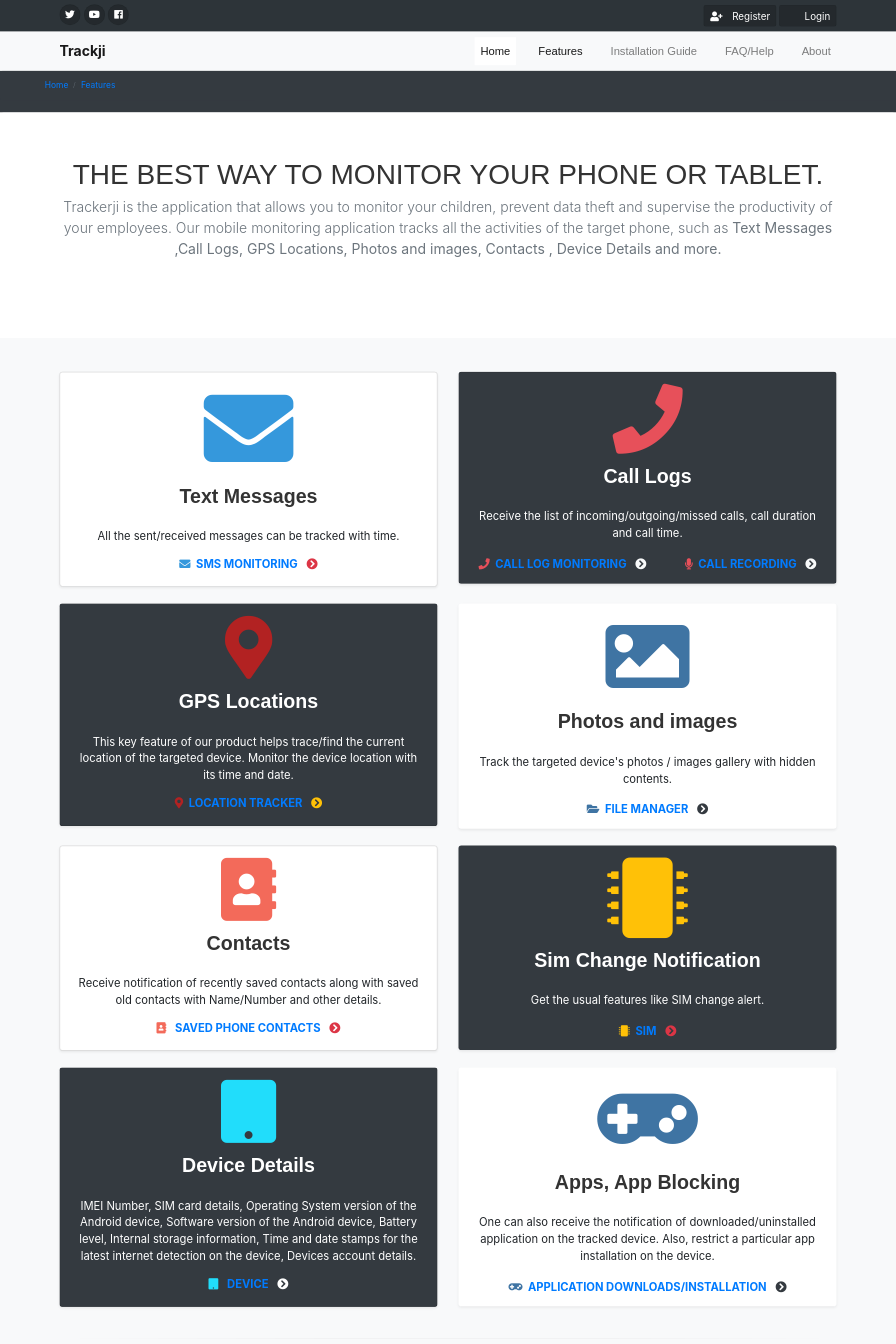
Repository: prathmeshgodbole/Web_Development
Page: Mobile_tracker/Features.html
These files come from the project's save history. The page is drawn as it stood at one moment and after the next save; the edit follows.
The browser window is 1280 px wide. The pictures show the part of the page from y = 0 to 1920 px (the page is 2699 px tall before and 2639 px after), at 70% of full size.
Some web fonts or font styles are not loaded; a fallback is used. Some web libraries are served in a nearby version.

Above is the page before, as saved 2020-03-11 17:07:25.

After the next save:
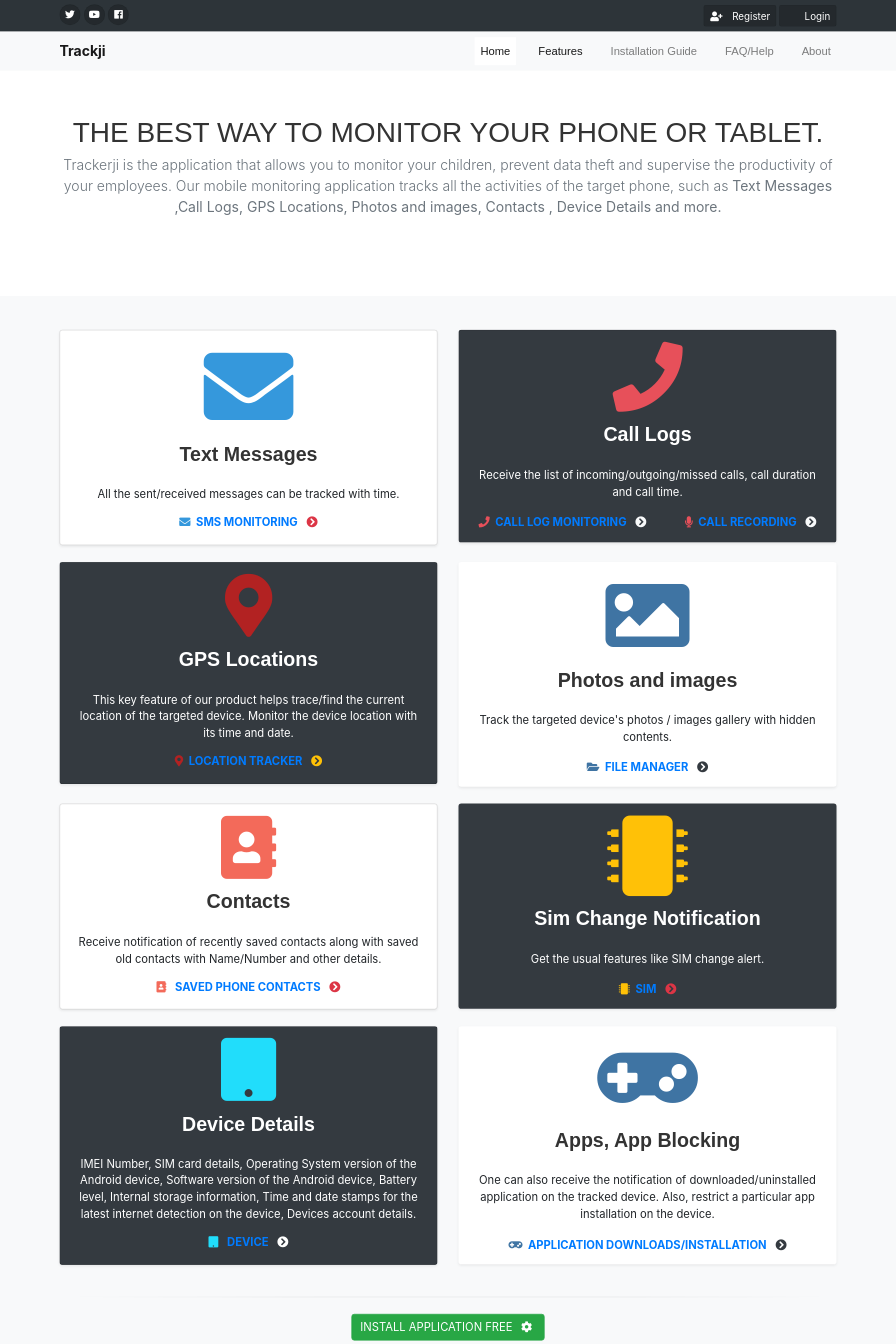
Saved 10 s later.
--- a/Mobile_tracker/Features.html
+++ b/Mobile_tracker/Features.html
@@ -103,14 +103,6 @@
 
     <!-- Breadcrumb -->
 
-    <div class="breadcrumb-container bg-dark">
-        <nav aria-label="breadcrumb bg-dark">
-            <ol class="breadcrumb bg-dark">
-                <li class="breadcrumb-item ml-5"><i class=""></i><a href="index.html">Home</a></li>
-                <li class="breadcrumb-item active" aria-current="page"><a href="Features.html">Features</a></li>
-            </ol>
-        </nav>
-    </div>
 
 
 
